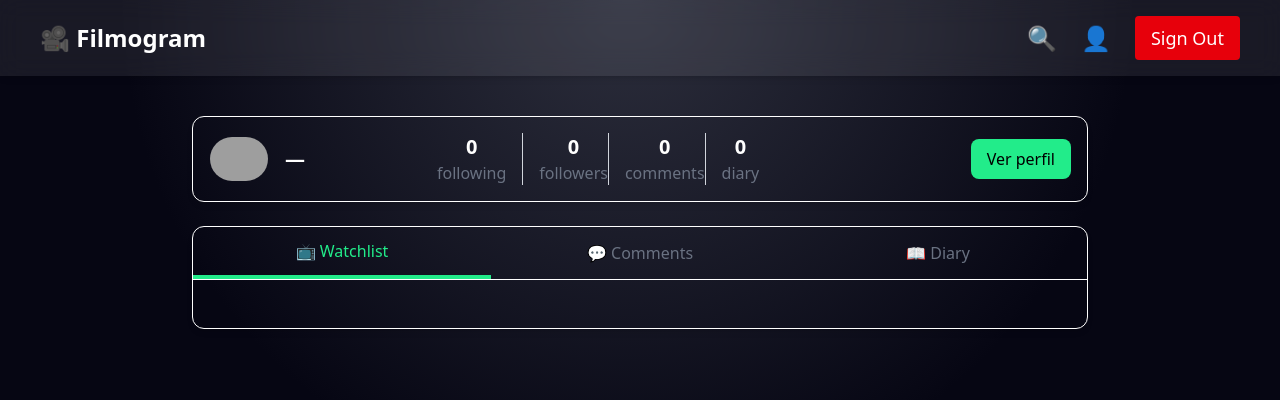
Repository: Leoonard1507/proyecto-final
Page: /client-profile
The author's editor kept a copy of each file at every save. The page is drawn from the files as they stood at one save, then again after the next save.
The browser window is 1280 px wide. The pictures show the whole page.
Pictures or frames that could not be fetched are drawn as grey boxes. The page's requests for data from a server got no answer. The project was rebuilt for these pictures with package versions that can differ from the ones it lists, and the page was loaded fresh each time. The framework's server and built-in components were replaced by stand-ins that run in the browser. No one was signed in, and anything a server would have sent is missing. Also part of the build but not shown: next.config.ts, src/app/components/profileSections/userWatchlist.tsx, src/app/components/profileSections/userComments.tsx, src/app/components/profileSections/userDiary.tsx, src/libs/axios.ts, src/app/components/profileSections/searchFavsEdit.tsx, src/app/components/profileSections/addFavoritesModal.tsx, src/app/components/profileSections/FavMoviesList.tsx.

Above is the page before, as saved 2025-05-26 13:54:24.

### src/app/layout.tsx
// app/layout.tsx
"use client";

import { SessionProvider } from "next-auth/react";
import "../styles/globals.css";
import { ToastContainer } from 'react-toastify';
import 'react-toastify/dist/ReactToastify.css';


export default function RootLayout({ children }: { children: React.ReactNode }) {
  return (
    <html lang="es">
      <head>
        <title>Filmogram</title>
        <meta name="description" content="Gestiona tu perfil en El Santuario." />
      </head>
      <body className="flex flex-col text-white antialiased">
        {/* Fondo con contenedor dedicado */}
        <div className="min-h-screen w-full bg-radial-pattern">
          <SessionProvider>{children}</SessionProvider>
        </div>
        <ToastContainer />
      </body>
    </html>
  );
}

### src/app/client-profile/page.tsx
"use client";

import { useState, useEffect } from "react";
import { useSession } from "next-auth/react";
import Image from "next/image";
import Navbar from "@/app/components/Navbar";
import { toast } from "react-toastify";
import Watchlist from "../components/profileSections/userWatchlist";
import Comments from "../components/profileSections/userComments";
import Diary from "../components/profileSections/userDiary";
import FavoriteMoviesSection from "../components/profileSections/addFavoritesModal"; // para elegir favs
import FavoriteMoviesList from "../components/profileSections/FavMoviesList"; // para mostrar las favs en el perfil

export default function ProfilePage() {
  const { data: session } = useSession();

  const [name, setName] = useState("");
  const [nickname, setNickname] = useState("");
  const [usermail, setUsermail] = useState("");
  const [role, setRole] = useState("");
  const [birthdate, setBirthdate] = useState("");
  const [loading, setLoading] = useState(false);
  const [isModalOpen, setIsModalOpen] = useState(false);
  const [description, setDescription] = useState("");
  const [avatar, setAvatar] = useState("");
  const [userId, setUserId] = useState("");
  const [showDetails, setShowDetails] = useState(false);
  const [isPasswordModalOpen, setIsPasswordModalOpen] = useState(false);
  const [currentPassword, setCurrentPassword] = useState("");
  const [newPassword, setNewPassword] = useState("");
  const [repeatPassword, setRepeatPassword] = useState("");
  const [activeTab, setActiveTab] = useState("watchlist");
  const [followingCount, setFollowingCount] = useState<number | null>(null);
  const [followerCount, setFollowerCount] = useState<number | null>(null);
  const [commentsCount, setCommentsCount] = useState<number | null>(null);
  const [diaryCount, setDiaryCount] = useState<number | null>(null);

  useEffect(() => {
    if (session?.user?.id) {
      setUserId(session.user.id);
      fetchUserData(session.user.id);
      fetchFollowingCount(session.user.id);
      fetchFollowerCount(session.user.id);
      fetchCommentsCount(session.user.id);
      fetchDiaryCount(session.user.id);
    }
  }, [session]);

  const fetchFollowingCount = async (userId: string) => {
    try {
       const res = await fetch(`/api/seguidos/${userId}`);
      if (!res.ok) throw new Error("Failed to fetch following count");
      const data = await res.json();
      setFollowingCount(data[0]?.following_count ?? 0);
    } catch (error) {
      console.error("Error fetching following count:", error);
      setFollowingCount(0);
    }
  };

  const fetchFollowerCount = async (userId: string) => {
    try {
       const res = await fetch(`/api/seguidores/${userId}`);
      if (!res.ok) throw new Error("Failed to fetch follower count");
      const data = await res.json();
      setFollowerCount(data[0]?.followers_count ?? 0);
    } catch (error) {
      console.error("Error fetching follower count:", error);
      setFollowerCount(0);
    }
  };

  const fetchCommentsCount = async (userId: string) => {
    try {
       const res = await fetch(`/api/countComments/${userId}`);
      if (!res.ok) throw new Error("Failed to fetch comments count");
      const data = await res.json();
      setCommentsCount(data[0]?.comments_count ?? 0);
    } catch (error) {
      console.error("Error fetching comments count:", error);
      setCommentsCount(0);
    }
  };

  const fetchDiaryCount = async (userId: string) => {
    try {
       const res = await fetch(`/api/countDiary/${userId}`);
      if (!res.ok) throw new Error("Failed to fetch diary count");
      const data = await res.json();
      setDiaryCount(data[0]?.diarys_count ?? 0);
    } catch (error) {
      console.error("Error fetching diary count:", error);
      setDiaryCount(0);
    }
  };

  const fetchUserData = async (userId: string) => {
    try {
      const res = await fetch(`/api/user/${userId}`);
      if (!res.ok) throw new Error("No se pudo obtener el usuario");
      const user = await res.json();

      setName(user.name || "");
      setUsermail(user.email || "");
      setRole(user.role || "");
      setBirthdate(user.birthdate || "");
      setNickname(user.nickName || "");
      setDescription(user.description || "");
      setAvatar(user.avatar || `https://api.dicebear.com/7.x/bottts/png?seed=${user.id}`);
      // setFavoriteMovies(user.favorites || []); // Si decides usar favoritas aquí
    } catch (error) {
      console.error("Error al cargar datos del usuario:", error);
    }
  };

  const updateUserProfile = async () => {
    setLoading(true);
    try {
      const dataToSend = {
        nickname,
        name,
        email: usermail,
        role,
        description,
        birthdate,
        avatar,
        currentPassword,
        newPassword,
        // favorites: favoriteMovies,
      };

      const response = await fetch("/api/user/update", {
        method: "POST",
        headers: { "Content-Type": "application/json" },
        body: JSON.stringify(dataToSend),
      });

      if (!response.ok) {
        const errorData = await response.json();
        console.error("Error en la respuesta:", errorData);
        throw new Error(errorData.message || "Error al actualizar el perfil");
      }

      const responseData = await response.json();
      toast.success(responseData.message);

      setIsModalOpen(false);
      setIsPasswordModalOpen(false);
      setCurrentPassword("");
      setNewPassword("");
      setRepeatPassword("");
      await fetchUserData(userId);
    } catch (error: any) {
      toast.error(error.message || "Error al actualizar el perfil");
      console.error(error);
    } finally {
      setLoading(false);
    }
  };

  const handleSubmit = (e: React.FormEvent) => {
    e.preventDefault();
    updateUserProfile();
  };

  return (
    <div className="min-h-screen text-white">
      {/* Navbar */}
      <Navbar />
      {/* Contenedor de perfil */}
      <div className="max-w-4xl mx-auto mt-10 space-y-6">
        {/* Perfil compacto */}
        <div className="flex items-center justify-between border rounded-xl shadow-md p-4">
          <div className="flex items-center space-x-4">
            <Image
              src={avatar || "https://api.dicebear.com/7.x/bottts/png?seed=default"}
              alt="Avatar"
              width={60}
              height={60}
              className="rounded-full border"
            />
            <span className="text-xl font-semibold">{nickname || "—"}</span>
            <div className="flex flex-col ml-25 items-center border-r border-gray-300 px-4">
              <span className="text-base font-semibold text-xl">
                {followingCount !== null ? followingCount : "0"}
              </span>
              <span className="text-base text-gray-500">following</span>
            </div>
            <div className="flex flex-col items-center border-r border-gray-300">
              <span className="text-base font-semibold text-xl">
                 {followerCount !== null ? followerCount : "0"}
              </span>
              <span className="text-base text-gray-500">followers</span>
            </div>
            <div className="flex flex-col items-center border-r border-gray-300">
              <span className="text-base font-semibold text-xl">
                 {commentsCount !== null ? commentsCount : "0"}
              </span>
              <span className="text-base text-gray-500">comments</span>
            </div>
            <div className="flex flex-col items-center">
              <span className="text-base font-semibold text-xl">
                 {diaryCount !== null ? diaryCount : "0"}
              </span>
              <span className="text-base text-gray-500">diary</span>
            </div>
          </div>
          <button
            onClick={() => setShowDetails((prev) => !prev)}
            className="bg-[#22ec8a] text-black px-4 py-2 rounded-lg hover:opacity-70 transition"
          >
            {showDetails ? "Ocultar perfil" : "Ver perfil"}
          </button>
        </div>

        {/* Perfil detallado */}
        {showDetails && (
          <div className="border rounded-xl shadow-inner p-6 space-y-6">
            <div className="grid grid-cols-1 sm:grid-cols-2 gap-4">
              <ProfileField label="Nombre completo" value={name} />
              <ProfileField label="Correo" value={usermail} />
              <ProfileField label="Fecha de nacimiento" value={birthdate} />
              <ProfileField label="Rol" value={role} />
              <div className="sm:col-span-2">
                <ProfileField label="Descripción" value={description} />
              </div>
            </div>
            <div className="flex space-x-4">
              <button
                type="button"
                disabled={loading}
                onClick={() => setIsModalOpen(true)}
                className="bg-[#22ec8a] text-black px-4 py-2 rounded-md hover:opacity-70 transition"
              >
                Editar perfil
              </button>
              <button
                type="button"
                disabled={loading}
                onClick={() => setIsPasswordModalOpen(true)}
                className="bg-gray-200 text-gray-800 px-4 py-2 rounded-md hover:bg-gray-300 transition"
              >
                Cambiar contraseña
              </button>
            </div>
          </div>
        )}

        {/* Mostrar las favoritas */}
        {userId && (
          <div className="border rounded-xl shadow-md p-6 mt-6">
            <FavoriteMoviesList userId={userId} />
          </div>
        )}

        {/* Tabs para mostrar contenido */}
        <div className="border rounded-xl shadow-md">
          <div className="flex border-b">
            <button
              onClick={() => setActiveTab("watchlist")}
              className={`flex-1 py-3 text-center font-medium ${
                activeTab === "watchlist"
                  ? "border-b-4 border-[#22ec8a] text-[#22ec8a]"
                  : "text-gray-500 hover:text-[#22ec8a]"
              }`}
            >
              📺 Watchlist
            </button>
            <button
              onClick={() => setActiveTab("comments")}
              className={`flex-1 py-3 text-center font-medium ${
                activeTab === "comments"
                  ? "border-b-4 border-[#22ec8a] text-[#22ec8a]"
                  : "text-gray-500 hover:text-[#22ec8a]"
              }`}
            >
              💬 Comments
            </button>
            <button
              onClick={() => setActiveTab("diary")}
              className={`flex-1 py-3 text-center font-medium ${
                activeTab === "diary"
                  ? "border-b-4 border-[#22ec8a] text-[#22ec8a]"
                  : "text-gray-500 hover:text-[#22ec8a]"
              }`}
            >
              📖 Diary
            </button>
          </div>
          <div className="p-6">
            {activeTab === "watchlist" && userId && <Watchlist userId={userId} />}
            {activeTab === "comments" && userId && <Comments userId={userId} />}
            {activeTab === "diary" && userId && <Diary userId={userId} />}
          </div>
        </div>
      </div>

      {/* Modal cambiar contraseña */}
      {isPasswordModalOpen && (
        <div className="fixed inset-0 bg-black bg-opacity-40 flex justify-center items-center z-50">
          <div className="bg-white text-black p-8 rounded-lg max-w-md w-full relative shadow-lg">
            <button
              onClick={() => setIsPasswordModalOpen(false)}
              className="absolute top-3 right-3 text-gray-600 hover:text-gray-800 text-xl"
              aria-label="Close password modal"
            >
              ✖
            </button>

            <h2 className="text-2xl font-bold mb-5">Change Password</h2>

            <form
              onSubmit={async (e) => {
                e.preventDefault();
                if (newPassword !== repeatPassword) {
                  alert("Las contraseñas nuevas no coinciden.");
                  return;
                }

                try {
                  await updateUserProfile();
                  setIsPasswordModalOpen(false);
                  setCurrentPassword("");
                  setNewPassword("");
                  setRepeatPassword("");
                } catch (err) {
                  alert(err);
                  console.error(err);
                }
              }}
              className="space-y-4"
            >
              <Input label="Current password" value={currentPassword} onChange={setCurrentPassword} type="password" />
              <Input label="New password" value={newPassword} onChange={setNewPassword} type="password" />
              <Input label="Repeat new password" value={repeatPassword} onChange={setRepeatPassword} type="password" />

              <button
                type="submit"
                className="bg-blue-600 text-white w-full p-2 rounded-lg hover:bg-blue-700 transition"
              >
                Save New Password
              </button>
            </form>
          </div>
        </div>
      )}

      {/* Modal editar perfil */}
      {isModalOpen && (
        <div className="fixed inset-0 bg-black bg-opacity-40 flex justify-center items-center z-50">
          <div className="bg-white text-black p-6 rounded-lg max-w-xl w-full relative shadow-lg space-y-4">
            <button
              onClick={() => setIsModalOpen(false)}
              className="absolute top-3 right-3 text-gray-600 hover:text-gray-800 text-xl"
              aria-label="Close profile edit modal"
            >
              ✖
            </button>

            <h2 className="text-2xl font-bold">Editar perfil</h2>

            <form onSubmit={handleSubmit} className="space-y-4">
              <div>
                <label className="block font-medium mb-1">Avatar</label>
                <div className="flex space-x-3">
                  {["cat", "robot", "alien", "monster", "Sawyer"].map((type) => {
                    const url = `https://api.dicebear.com/7.x/bottts/png?seed=${type}`;
                    return (
                      <Image
                        key={type}
                        src={url}
                        alt={`avatar ${type}`}
                        width={60}
                        height={60}
                        onClick={() => setAvatar(url)}
                        className={`cursor-pointer rounded-full border-2 ${
                          avatar === url ? "border-blue-600" : "border-transparent"
                        }`}
                      />
                    );
                  })}
                </div>
              </div>

              <Input label="Nombre" value={name} onChange={setName} />
              <Input label="Apodo" value={nickname} onChange={setNickname} />
              <Input label="Fecha de nacimiento" value={birthdate} onChange={setBirthdate} />
              <Input label="Descripción" value={description} onChange={setDescription} />

              {/* la sección de películas favoritas */}
              <div>
                <h3 className="font-semibold mb-1">Favorite films</h3>
                {session?.user?.id && <FavoriteMoviesSection userId={session.user.id} />}
              </div>

              <button
                type="submit"
                className="bg-blue-600 text-white w-full py-2 rounded hover:bg-blue-700 disabled:opacity-50"
                disabled={loading}
              >
                {loading ? "Saving..." : "Save Changes"}
              </button>
            </form>
          </div>
        </div>
      )}
    </div>
  );
}

// Componente reutilizable para mostrar campos
function ProfileField({ label, value }: { label: string; value: string }) {
  return (
    <div>
      <label className="block text-sm font-medium text-[#22ec8a] mb-1">{label}</label>
      <p className="text-white border border-gray-700 rounded p-2">{value || "—"}</p>
    </div>
  );
}

// Componente reutilizable de inputs
function Input({
  label,
  value,
  onChange,
  type = "text",
}: {
  label: string;
  value: string;
  onChange: (val: string) => void;
  type?: string; // Nuevo prop opcional
}) {
  return (
    <div>
      <label className="block text-sm font-medium mb-1">{label}</label>
      <input
        type={type}
        value={value}
        onChange={(e) => onChange(e.target.value)}
        className="w-full border border-gray-300 p-2 rounded"
      />
    </div>
  );
}

### src/styles/globals.css
@import "tailwindcss";

html, body {
  margin: 0;
  padding: 0;
  box-sizing: border-box;
}

* {
  box-sizing: inherit;
}

/* Fondo radial aplicado sólo a una clase */
.bg-radial-pattern {
  background: radial-gradient(circle at 49% 0, #2d2f3d, #070714 51%, #060613 52%);
  background-repeat: no-repeat;
  background-size: cover;
  background-attachment: fixed;
}

@layer utilities {
  .mask-fade {
    -webkit-mask-image: radial-gradient(circle, rgba(0, 0, 0, 1) 0%, rgba(0, 0, 0, 0) 100%);
    mask-image: radial-gradient(circle, rgba(0, 0, 0, 1) 0%, rgba(0, 0, 0, 0) 100%);
  }
}

/* Para movie-details */
.fade-mask-movie-details {
  -webkit-mask-image: linear-gradient(to bottom, rgba(0, 0, 0, 1) 10%, rgba(0, 0, 0, 0));
  mask-image: linear-gradient(to bottom, rgba(0, 0, 0, 1) 10%, rgba(0, 0, 0, 0));
  -webkit-mask-size: 100% 100%;
  mask-size: 100% 100%;
  -webkit-mask-repeat: no-repeat;
  mask-repeat: no-repeat;
}

.custom-scrollbar {
  scrollbar-width: thick;
  scrollbar-color: #333 #222;
  overflow-x: auto; /* Para el desplazamiento horizontal */
  overflow-y: auto;
}

.custom-scrollbar::-webkit-scrollbar {
  height: 20px;
}

.custom-scrollbar::-webkit-scrollbar-track {
  background: #222;
}

.custom-scrollbar::-webkit-scrollbar-thumb {
  background: #333;
  border-radius: 10px;
}

.custom-scrollbar::-webkit-scrollbar-thumb:hover {
  background: #6b6b6b;
}

### src/app/components/Navbar.tsx
'use client';

import Link from 'next/link';
import { useRouter } from 'next/navigation';

export default function Navbar() {
    const router = useRouter();

    const handleLogout = () => {
        // Aquí podrías limpiar cookies, localStorage, o llamar a un endpoint
        // Por ahora simulamos cierre de sesión redirigiendo al login
        // localStorage.removeItem('token'); (si lo usas)
        router.push('/');
    };

    return (
        <nav className="sticky top-0 z-50 text-white px-10 py-4 flex justify-between items-center shadow-md bg-white/8 backdrop-blur-md">
            <div className="text-2xl font-bold">
                <Link href="/home-page">🎥 Filmogram</Link>
            </div>
            <ul className="flex space-x-6 items-center text-lg">
                <li>
                    <Link href="/search" className="hover:text-red-400 transition text-2xl">🔍</Link>
                </li>
                <li>
                    <Link href="/client-profile" className="hover:text-red-400 transition text-2xl">👤</Link>
                </li>
                <li>
                    <button
                        onClick={handleLogout}
                        className="bg-red-600 px-4 py-2 rounded hover:bg-red-700 transition"
                    >
                        Sign Out
                    </button>
                </li>
            </ul>
        </nav>
    );
}

After the next save:
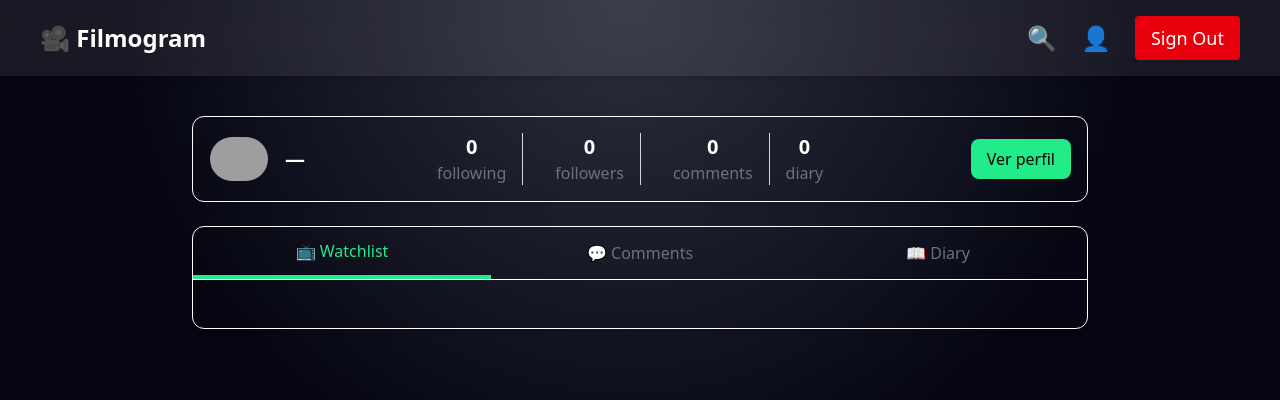
Saved 9 s later.
--- a/src/app/client-profile/page.tsx
+++ b/src/app/client-profile/page.tsx
@@ -186,13 +186,13 @@ export default function ProfilePage() {
               </span>
               <span className="text-base text-gray-500">following</span>
             </div>
-            <div className="flex flex-col items-center border-r border-gray-300">
+            <div className="flex flex-col items-center border-r border-gray-300 px-4">
               <span className="text-base font-semibold text-xl">
                  {followerCount !== null ? followerCount : "0"}
               </span>
               <span className="text-base text-gray-500">followers</span>
             </div>
-            <div className="flex flex-col items-center border-r border-gray-300">
+            <div className="flex flex-col items-center border-r border-gray-300 px-4">
               <span className="text-base font-semibold text-xl">
                  {commentsCount !== null ? commentsCount : "0"}
               </span>
